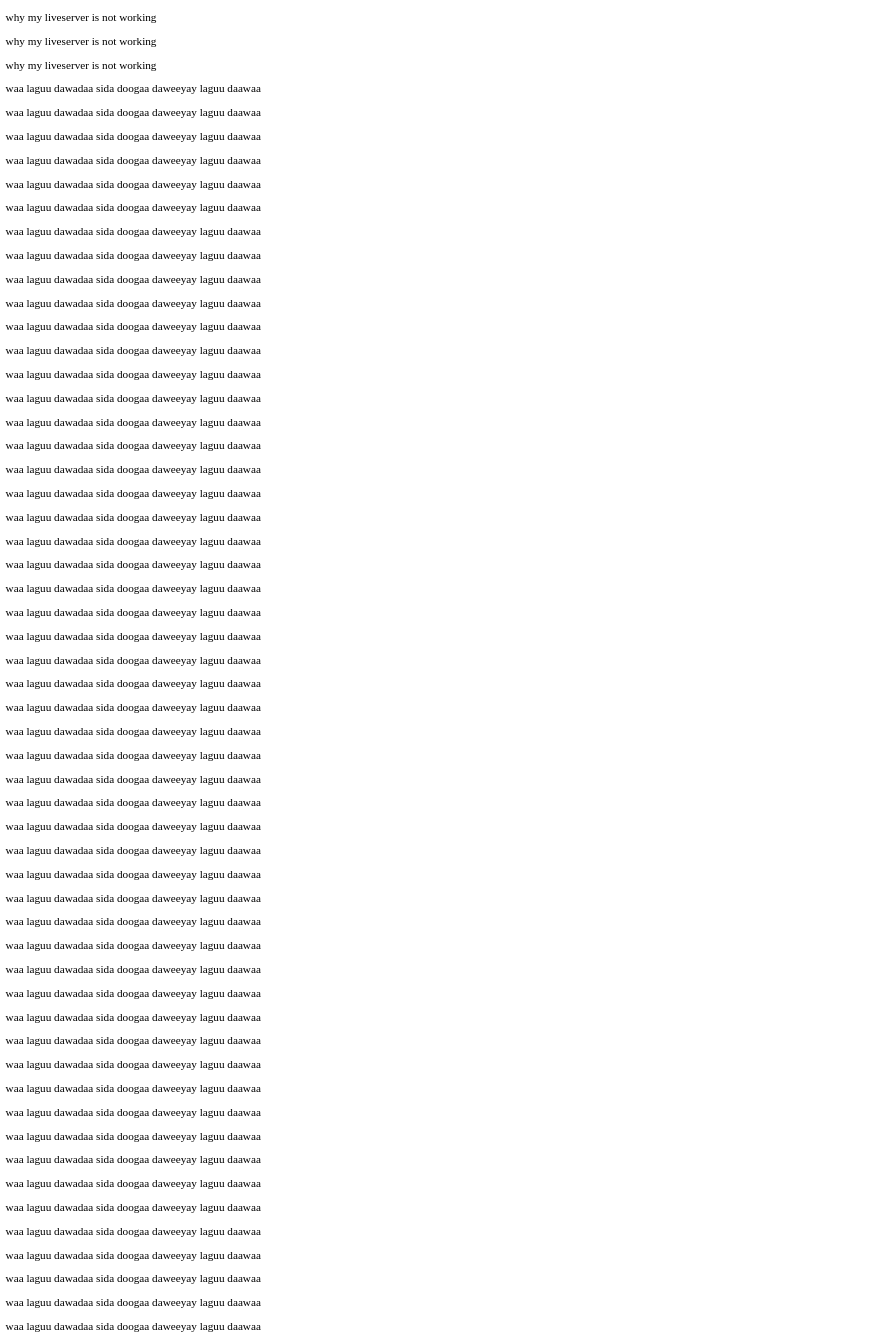
Repository: sihammohamud744-dotcom/javascript
Page: fst/javascript/DOM/index.html
These files come from the project's save history. The page is drawn as it stood at one moment and after the next save; the edit follows.
The browser window is 1280 px wide. The pictures show the part of the page from y = 0 to 1920 px (the page is 10318 px tall before and 10344 px after), at 70% of full size.

Above is the page before, as saved 2026-01-16 12:26:42.
Console error: ReferenceError: let is not defined

After the next save:
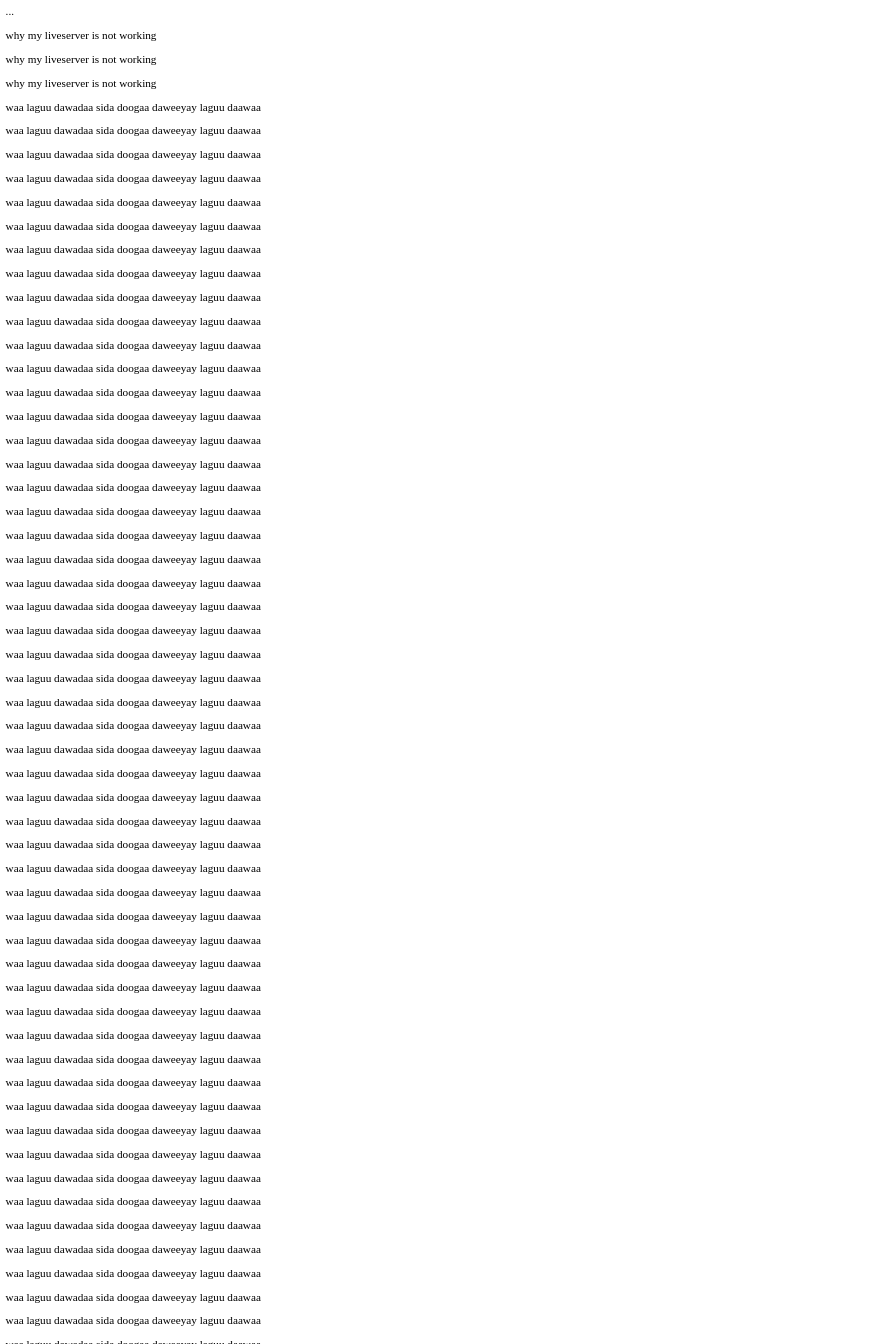
Saved 39 s later.
--- a/fst/javascript/DOM/index.html
+++ b/fst/javascript/DOM/index.html
@@ -6,6 +6,7 @@
     <title>Document</title>
 </head>
 <body>
+    ...
     <p class="wanna-first">why my liveserver is not working</p>
      <p class="wanna-first">why my liveserver is not working</p>
       <p class="wanna-first">why my liveserver is not working</p>

After the 2 saves that followed:
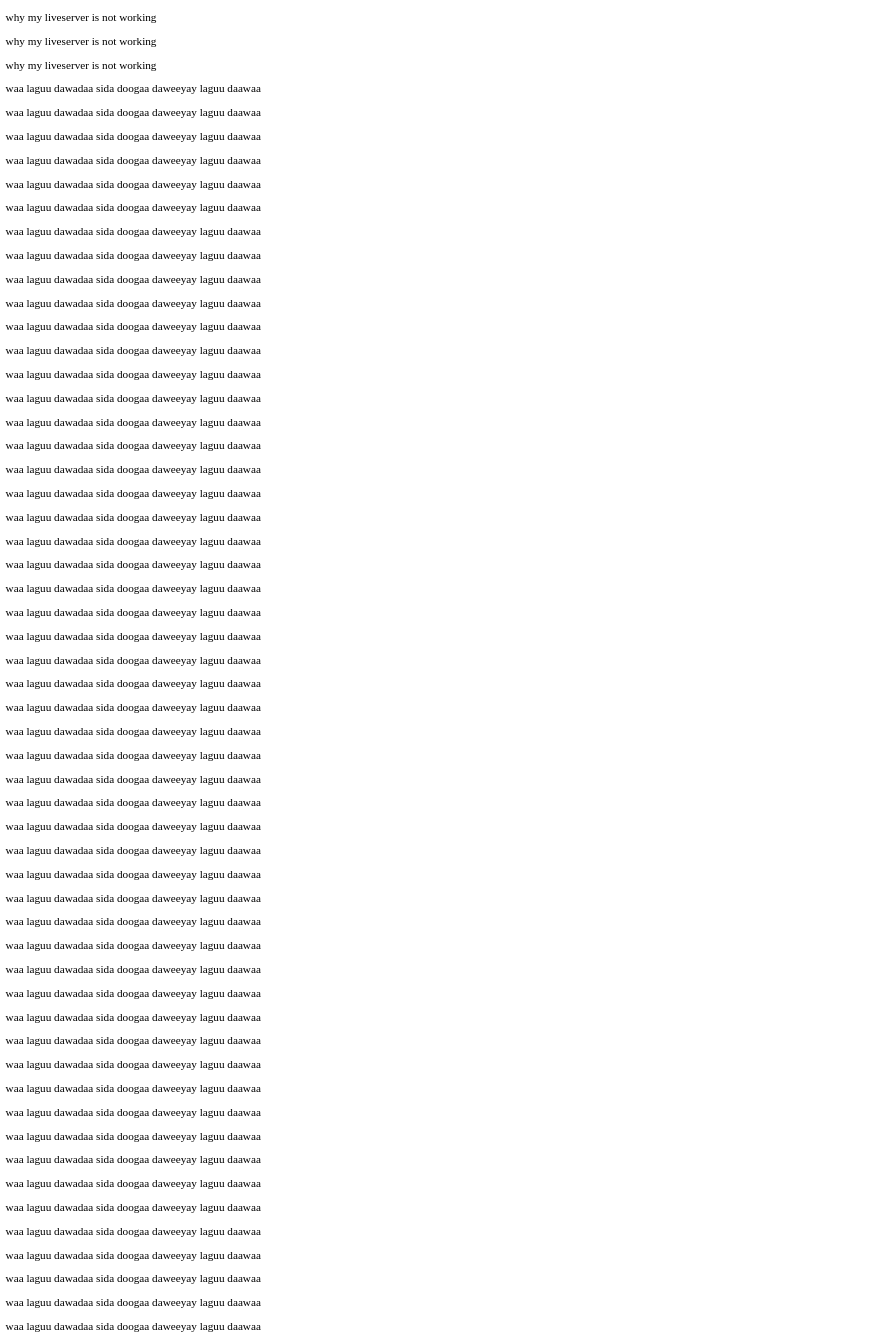
The 2 saves are shown as one change because 1 left the picture as it was.
The last was saved 2 min 49 s later.
--- a/fst/javascript/DOM/index.html
+++ b/fst/javascript/DOM/index.html
@@ -6,11 +6,11 @@
     <title>Document</title>
 </head>
 <body>
-    ...
+
     <p class="wanna-first">why my liveserver is not working</p>
      <p class="wanna-first">why my liveserver is not working</p>
       <p class="wanna-first">why my liveserver is not working</p>
 
-    <script src="script.js" defer></script>
+    <script src="script.js" ></script>
 </body>
 </html>
